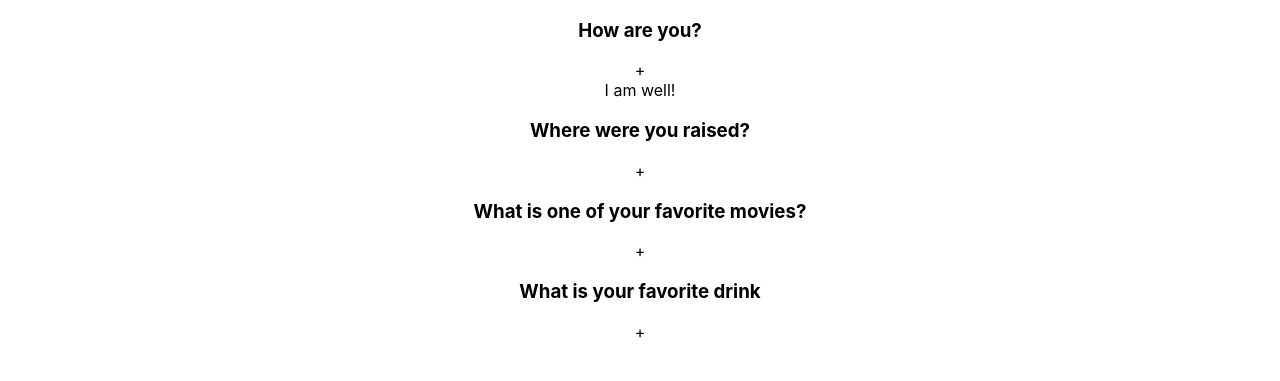
Repository: kosenijr/react-projects
Page: / (app in accordion/), after clicking the first element matching `div.title`
The author's editor kept a copy of each file at every save. The page is drawn from the files as they stood at one save, then again after the next save.
The browser window is 1280 px wide. The pictures show the whole page.
The project was rebuilt for these pictures with package versions that can differ from the ones it lists, and the page was loaded fresh each time.

Above is the page before, as saved 2024-03-02 22:22:30.

After the next save:
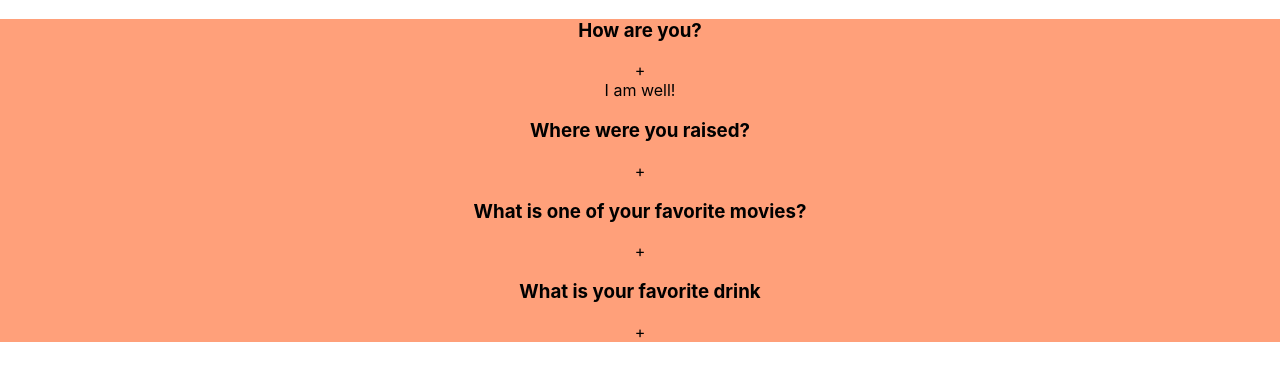
Saved 6 s later.
--- a/accordion/src/styles/Accordion.css
+++ b/accordion/src/styles/Accordion.css
@@ -1,5 +1,5 @@
 .wrapper {
 }
 .accordion {
-background-color: lightmaroon
+background-color: lightsalmon;
 }
